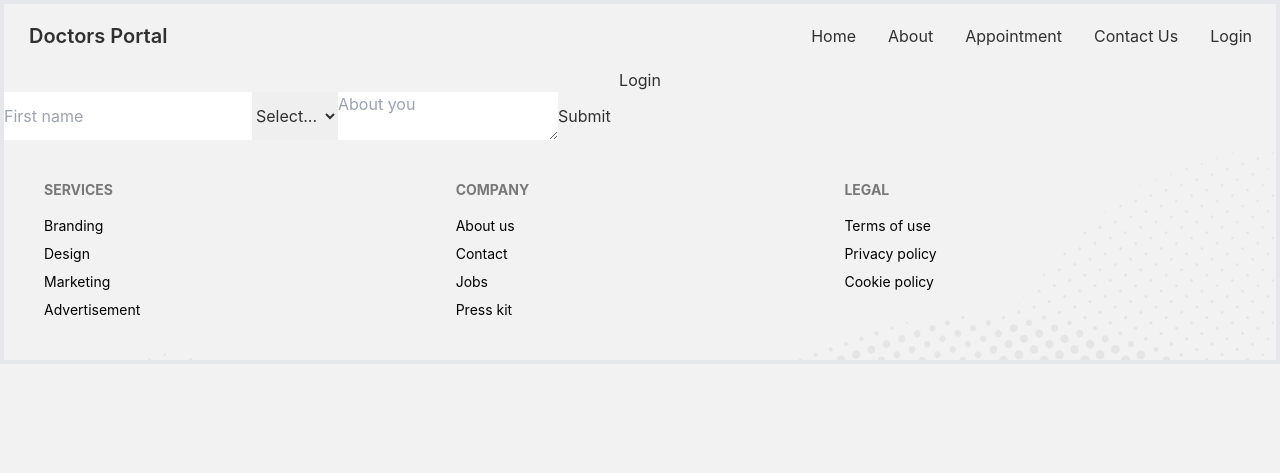
Repository: Samad77/Doctorportal-Client
Page: /login
An editor plug-in stored every save of this project. The page is shown before and after the next save, followed by the edit.
The browser window is 1280 px wide. The pictures show the whole page.
The project was rebuilt for these pictures with package versions that can differ from the ones it lists, and the page was loaded fresh each time. Also part of the build but not shown: src/Pages/Appointment/BookingModal/BookingModal.js, src/Pages/Appointment/AppoinmentCard/AppoinmentCard.js, src/Pages/Appointment/AppointmentBanner/AppointmentBanner.js, src/Pages/Appointment/AvailavleAppoinment/AvailableAppoinment.js, src/Pages/Appointment/Appoinment/Appoinment.js, src/Components/PrimaryButton/PrimaryButton.js, src/Pages/Home/Banner/Banner.js, src/Pages/Home/Cards/Cards.js and 5 more.

Above is the page before, as saved 2022-11-15 10:48:04.

### src/index.js
import React from 'react';
import ReactDOM from 'react-dom/client';
import './index.css';
import App from './App';
import reportWebVitals from './reportWebVitals';
import 'react-day-picker/dist/style.css';
const root = ReactDOM.createRoot(document.getElementById('root'));
root.render(
  <React.StrictMode>
    <App />
  </React.StrictMode>
);

// If you want to start measuring performance in your app, pass a function
// to log results (for example: reportWebVitals(console.log))
// or send to an analytics endpoint. Learn more: https://bit.ly/CRA-vitals
reportWebVitals();

### src/App.js
import logo from './logo.svg';
import './App.css';
import {RouterProvider} from 'react-router-dom'
import router from './Layout/Routes/Routes';
import Cards from './Pages/Home/Cards/Cards';
function App() {
  return (
    <div className="App max-w-[1440px] mx-auto border-4">
      <RouterProvider router={router}>

      </RouterProvider>
    </div>
  );
}

export default App;

### src/Layout/Routes/Routes.js
import { createBrowserRouter } from "react-router-dom";
import Appoinment from "../../Pages/Appointment/Appoinment/Appoinment";
import Home from "../../Pages/Home/Home";
import Login from "../../Pages/Login/Login";
import Main from "../Main/Main";

const router = createBrowserRouter([
    {path : "/",
    element : <Main></Main>,
    children : [
        {path : '/', element : <Home></Home>,},
        {path: '/home', element : <Home></Home>},
        {path: '/login', element : <Login></Login>},
        {path : '/appointment', element: <Appoinment></Appoinment>}
    ]
    }
])

export default router;

### src/Pages/Login/Login.js
import React, { useState } from 'react';
import { useForm } from 'react-hook-form';

const Login = () => {
    const { register, handleSubmit } = useForm();
    const [data, setData] = useState("");

    return (
        <section>
            <h1>Login</h1>
            <form onSubmit={handleSubmit((data) => setData(JSON.stringify(data)))} className="flex">
                <input {...register("firstName")} placeholder="First name" />
                <select {...register("category", { required: true })}>
                    <option value="">Select...</option>
                    <option value="A">Option A</option>
                    <option value="B">Option B</option>
                </select>
                <textarea {...register("aboutYou")} placeholder="About you" />
                <p>{data}</p>
                <input type="submit" />
            </form>
        </section>
    );
};

export default Login;

### src/Layout/Main/Main.js
import React from 'react';
import Footer from '../../Pages/Shared/Footer/Footer';
import Navbar from '../../Pages/Shared/Navbar/Navbar';
import {Outlet} from 'react-router-dom'
const Main = () => {
    return (
        <div>
            <Navbar></Navbar>
                <Outlet></Outlet>
            <Footer></Footer>
        </div>
    );
};

export default Main;

### src/Pages/Shared/Footer/Footer.js
import React from 'react';
import footerImg from '../../../assets/images/footer.png'
const Footer = () => {
    return (
        <footer className="footer p-10 text-black" style={{background : `url(${footerImg})`, backgroundSize: "cover"}}>
  <div>
    <span className="footer-title">Services</span>
    <a className="link link-hover">Branding</a>
    <a className="link link-hover">Design</a>
    <a className="link link-hover">Marketing</a>
    <a className="link link-hover">Advertisement</a>
  </div>
  <div>
    <span className="footer-title">Company</span>
    <a className="link link-hover">About us</a>
    <a className="link link-hover">Contact</a>
    <a className="link link-hover">Jobs</a>
    <a className="link link-hover">Press kit</a>
  </div>
  <div>
    <span className="footer-title">Legal</span>
    <a className="link link-hover">Terms of use</a>
    <a className="link link-hover">Privacy policy</a>
    <a className="link link-hover">Cookie policy</a>
  </div>
</footer>
    );
};

export default Footer;

### src/Pages/Shared/Navbar/Navbar.js
import React from 'react';
import {Link} from 'react-router-dom'
const Navbar = () => {

    const menuItems =

    <React.Fragment>
        <li><Link to="/home">Home</Link></li>
        <li><Link to="/about">About</Link></li>
        <li><Link to="/appointment">Appointment</Link></li>
        <li><Link to="/contact">Contact Us</Link></li>
        <li><Link to="/login">Login</Link></li>
    </React.Fragment>

    return (
        <div className="navbar bg-base-100 flex justify-between">
  <div className="navbar-start">
    <div className="dropdown">
      <label tabIndex={0} className="btn btn-ghost lg:hidden">
        <svg xmlns="http://www.w3.org/2000/svg" className="h-5 w-5" fill="none" viewBox="0 0 24 24" stroke="currentColor"><path strokeLinecap="round" strokeLinejoin="round" strokeWidth="2" d="M4 6h16M4 12h8m-8 6h16" /></svg>
      </label>
      <ul tabIndex={0} className="menu menu-compact dropdown-content mt-3 p-2 shadow rounded-box w-52">
            {menuItems}
      </ul>
    </div>
    <Link to='/' className="btn btn-ghost normal-case text-xl">Doctors Portal</Link>
  </div>
  <div className="navbar-center hidden lg:flex">
    <ul className="menu menu-horizontal p-0">
        {menuItems}
    </ul>
  </div>

</div>
    );
};

export default Navbar;

### tailwind.config.js
/** @type {import('tailwindcss').Config} */
module.exports = {
  content: ["./src/**/*.{js,jsx,ts,tsx}"],
  theme: {
    extend: {},
  },
  daisyui : {
    themes : [

    {
      doctorThemes: {

primary: "#0FCFEC",

secondary: "#19D3AE",

neutral: "#3A4256",

"base-100": "#F2F2F2",

      },
    },
  ]
  },
  plugins: [require("daisyui")],
}

Loaded but not shown: public/index.html (common file); src/index.css (common file); src/reportWebVitals.js (common file); src/App.css (common file)

After the next save:
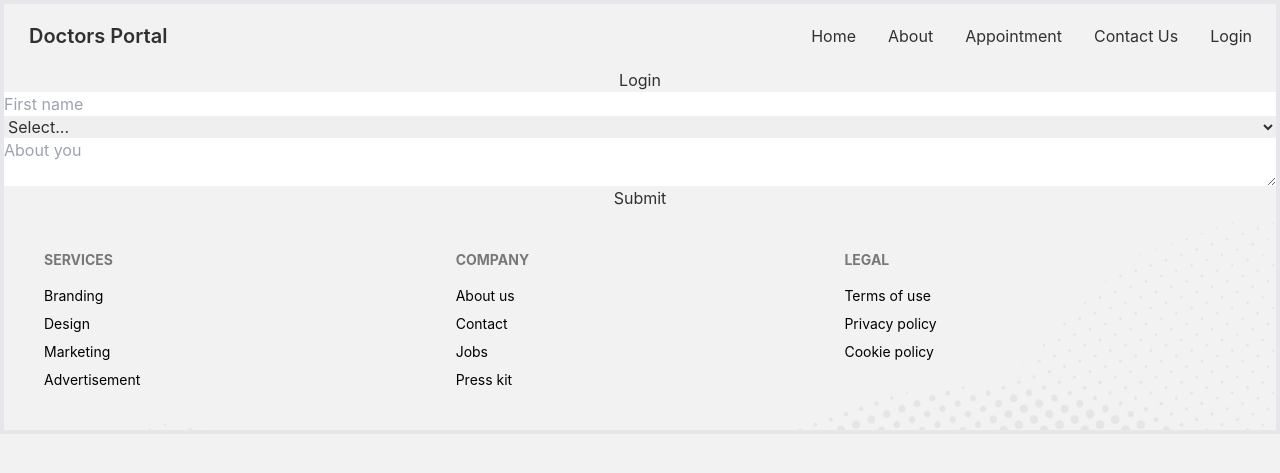
Saved 16 s later.
--- a/src/Pages/Login/Login.js
+++ b/src/Pages/Login/Login.js
@@ -8,7 +8,7 @@ const Login = () => {
     return (
         <section>
             <h1>Login</h1>
-            <form onSubmit={handleSubmit((data) => setData(JSON.stringify(data)))} className="flex">
+            <form onSubmit={handleSubmit((data) => setData(JSON.stringify(data)))} className="flex flex-col">
                 <input {...register("firstName")} placeholder="First name" />
                 <select {...register("category", { required: true })}>
                     <option value="">Select...</option>
